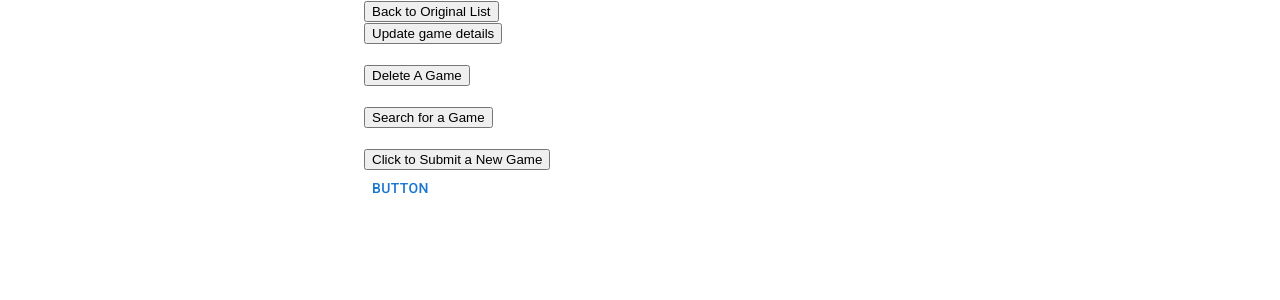
Repository: The-Software-Guild/assessment-2-react-nj10deadend
Page: / (app in Part-2/React-section/frontend/)
An editor plug-in stored every save of this project. The page is shown before and after the next save, followed by the edit.
The browser window is 1280 px wide. The pictures show the whole page.
The page's requests for data from a server got no answer. The project was rebuilt for these pictures with package versions that can differ from the ones it lists, and the page was loaded fresh each time. No one was signed in, and anything a server would have sent is missing. Also part of the build but not shown: Part-2/React-section/frontend/src/App.css, Part-2/React-section/frontend/src/components/GameCards.js.

Above is the page before, as saved 2021-12-19 15:58:16.

After the next save:
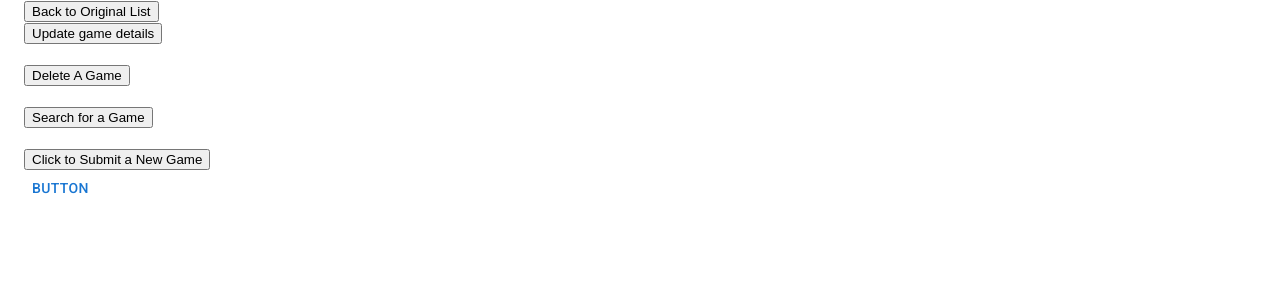
Saved 17 s later.
--- a/Part-2/React-section/frontend/src/App.js
+++ b/Part-2/React-section/frontend/src/App.js
@@ -29,7 +29,7 @@ function App() {
 
   return (
     // <div className="App">
-    <Container maxWidth="sm">
+    <Container maxWidth="large">
 
       <button onClick={getFetchGameServer}>Back to Original List</button>
       <UpdateGame getFetchGameServer={getFetchGameServer}/>
